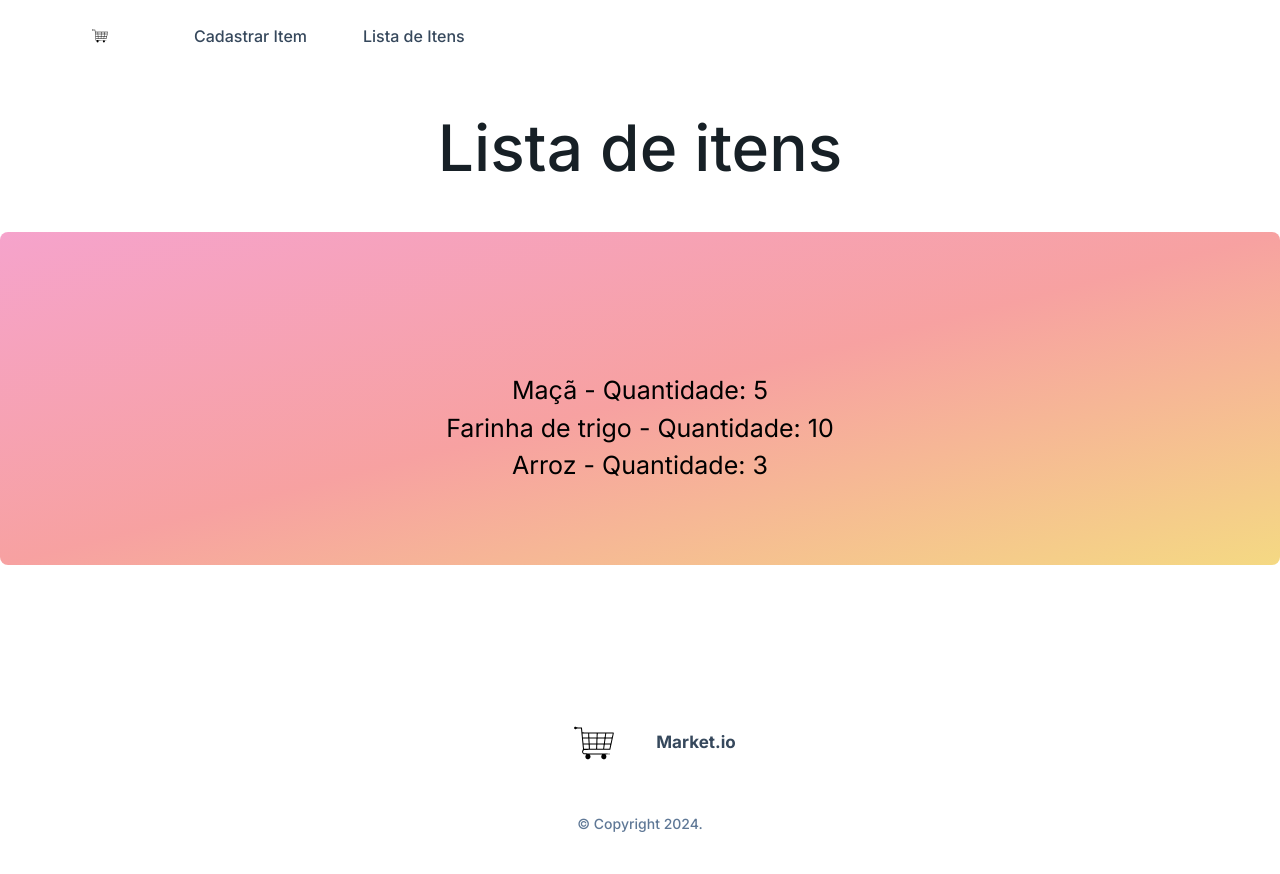
Repository: saraalves09/Avaliacao-01
Page: /list
These files come from the project's save history. The page is drawn as it stood at one moment and after the next save; the edit follows.
The browser window is 1280 px wide. The pictures show the whole page.
The project was rebuilt for these pictures with package versions that can differ from the ones it lists, and the page was loaded fresh each time. The framework's server and built-in components were replaced by stand-ins that run in the browser. Also part of the build but not shown: next.config.mjs.

Above is the page before, as saved 2024-04-23 22:14:06.

After the next save:
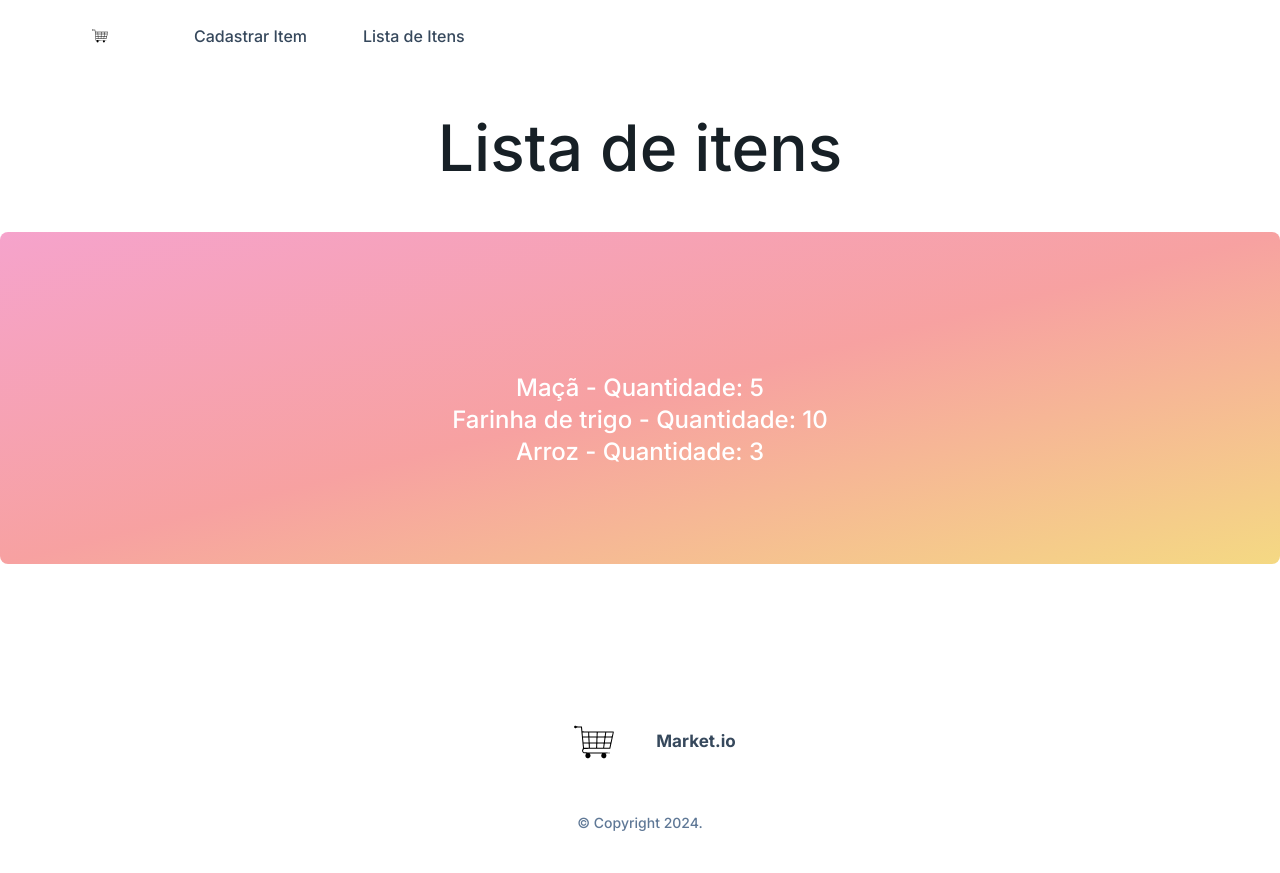
Saved 13 s later.
--- a/app/components/List.tsx
+++ b/app/components/List.tsx
@@ -8,8 +8,8 @@ export function List() {
     </div>
     <div className="w-full rounded-lg bg-gradient-to-br from-pink-500/50 via-red-500/50 to-yellow-500/50 py-8 px-4 text-center lg:my-12 lg:px-10 lg:py-20">
     <div className="pt-4 lg:pt-10">
-      <div className="flex justify-center text-center text-[25px]">
-      <ul text-white text-lg lg:text-2xl font-medium mb-2 lg:mb-4 style={{ marginTop: '20px' }}>
+      <div className="flex justify-center text-center text-[25px] text-white text-lg lg:text-2xl font-medium mb-2 lg:mb-4">
+      <ul style={{ marginTop: '20px' }}>
           <li>Maçã - Quantidade: 5</li>
           <li>Farinha de trigo - Quantidade: 10</li>
           <li>Arroz - Quantidade: 3</li>
